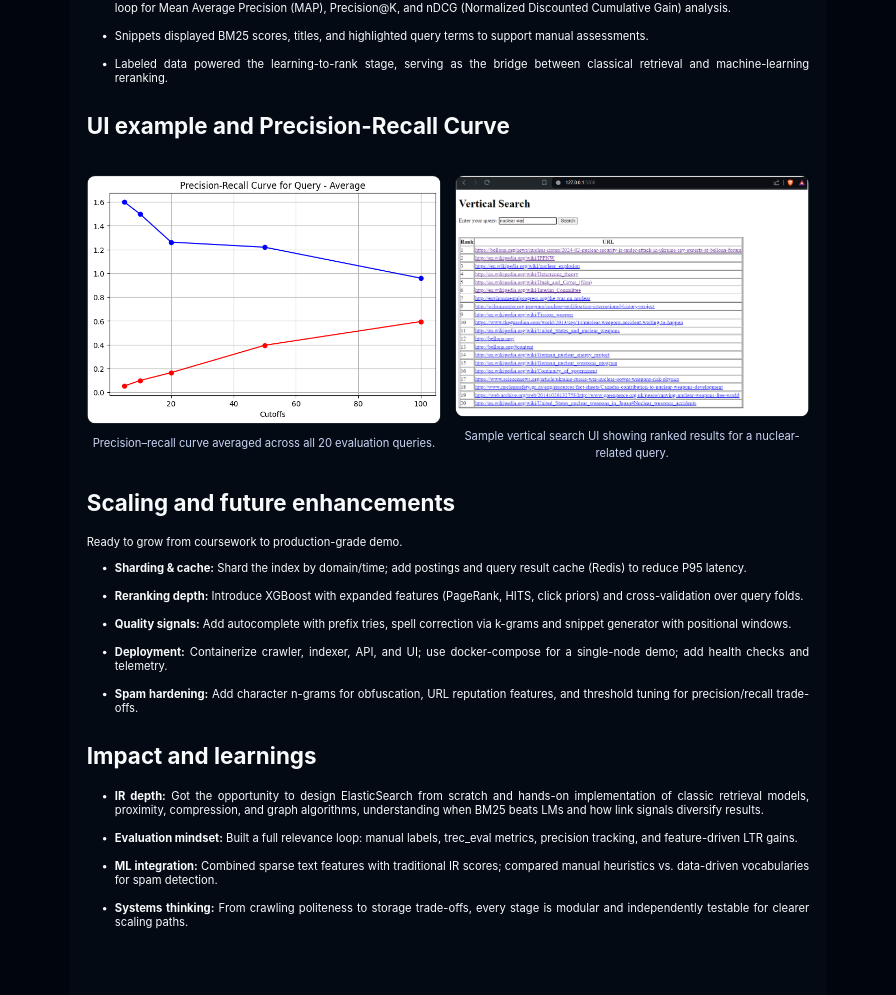
Repository: Abdulaziz-04/Abdulaziz-04.github.io
Page: deepdives/backend_systems/search_engine/search_engine.html
The author's editor kept a copy of each file at every save. The page is drawn from the files as they stood at one save, then again after the next save.
The browser window is 1280 px wide. The pictures show the part of the page from y = 4042 to 5962 px (the page is 5464 px tall before and 6230 px after), at 70% of full size.

Above is the page before, as saved 2025-11-21 21:14:38.

After the next save:
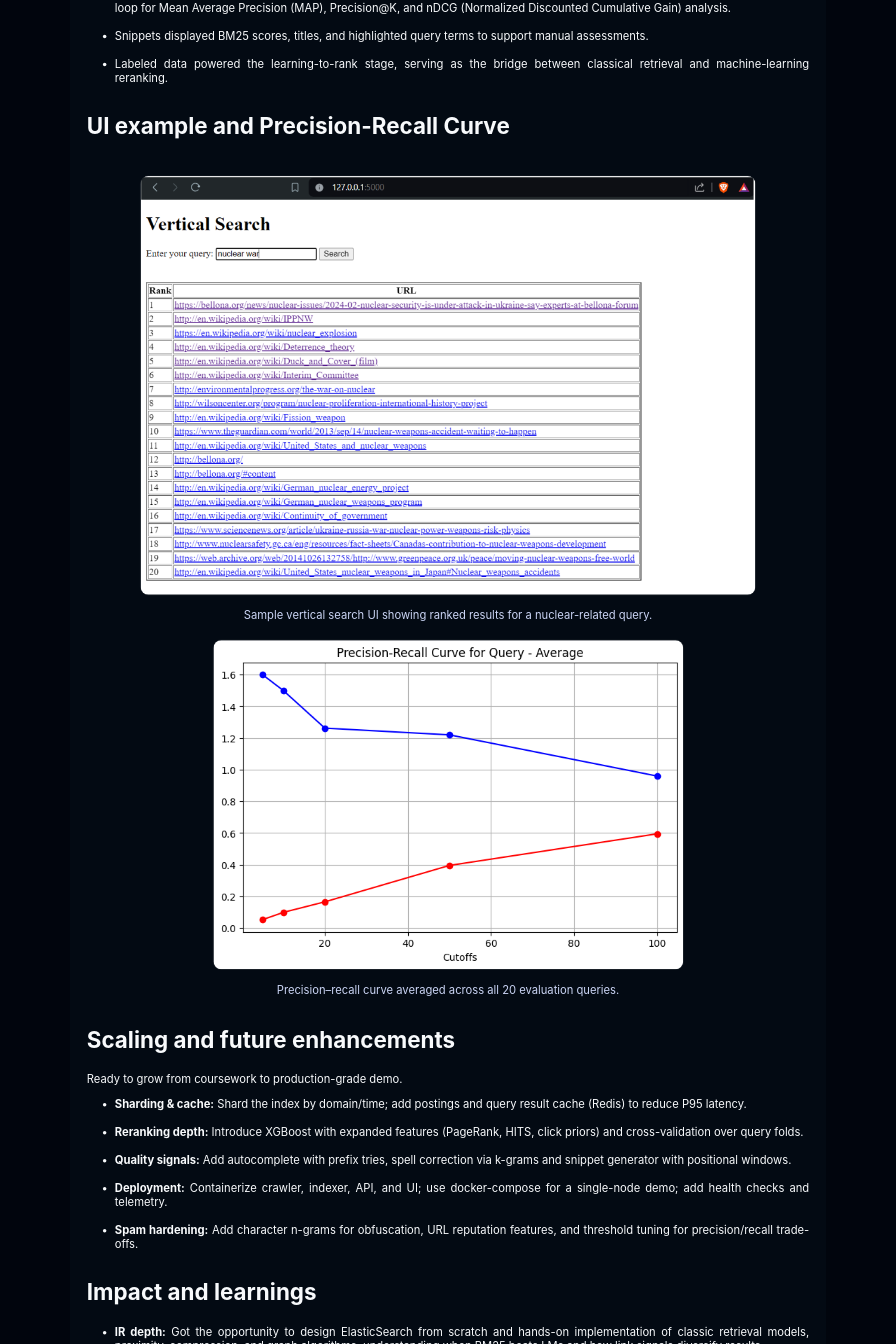
Saved 55 s later.
--- a/deepdives/backend_systems/search_engine/search_engine.html
+++ b/deepdives/backend_systems/search_engine/search_engine.html
@@ -306,6 +306,18 @@
       <section class="detail-section detail-gallery">
         <h2>UI example and Precision-Recall Curve</h2>
 
+        <figure class="gallery-item">
+          <a href="./images/search.png" target="_blank">
+            <img
+              src="./images/search.png"
+              alt="Vertical search UI displaying ranked nuclear query results"
+            />
+          </a>
+          <figcaption>
+            Sample vertical search UI showing ranked results for a
+            nuclear-related query.
+          </figcaption>
+        </figure>
         <div class="gallery-row gallery-row--two">
           <figure class="gallery-item">
             <a href="./images/prec_recall_avg.png" target="_blank">
@@ -318,19 +330,6 @@
               Precision–recall curve averaged across all 20 evaluation queries.
             </figcaption>
           </figure>
-
-          <figure class="gallery-item">
-            <a href="./images/search.png" target="_blank">
-              <img
-                src="./images/search.png"
-                alt="Vertical search UI displaying ranked nuclear query results"
-              />
-            </a>
-            <figcaption>
-              Sample vertical search UI showing ranked results for a
-              nuclear-related query.
-            </figcaption>
-          </figure>
         </div>
       </section>
 
